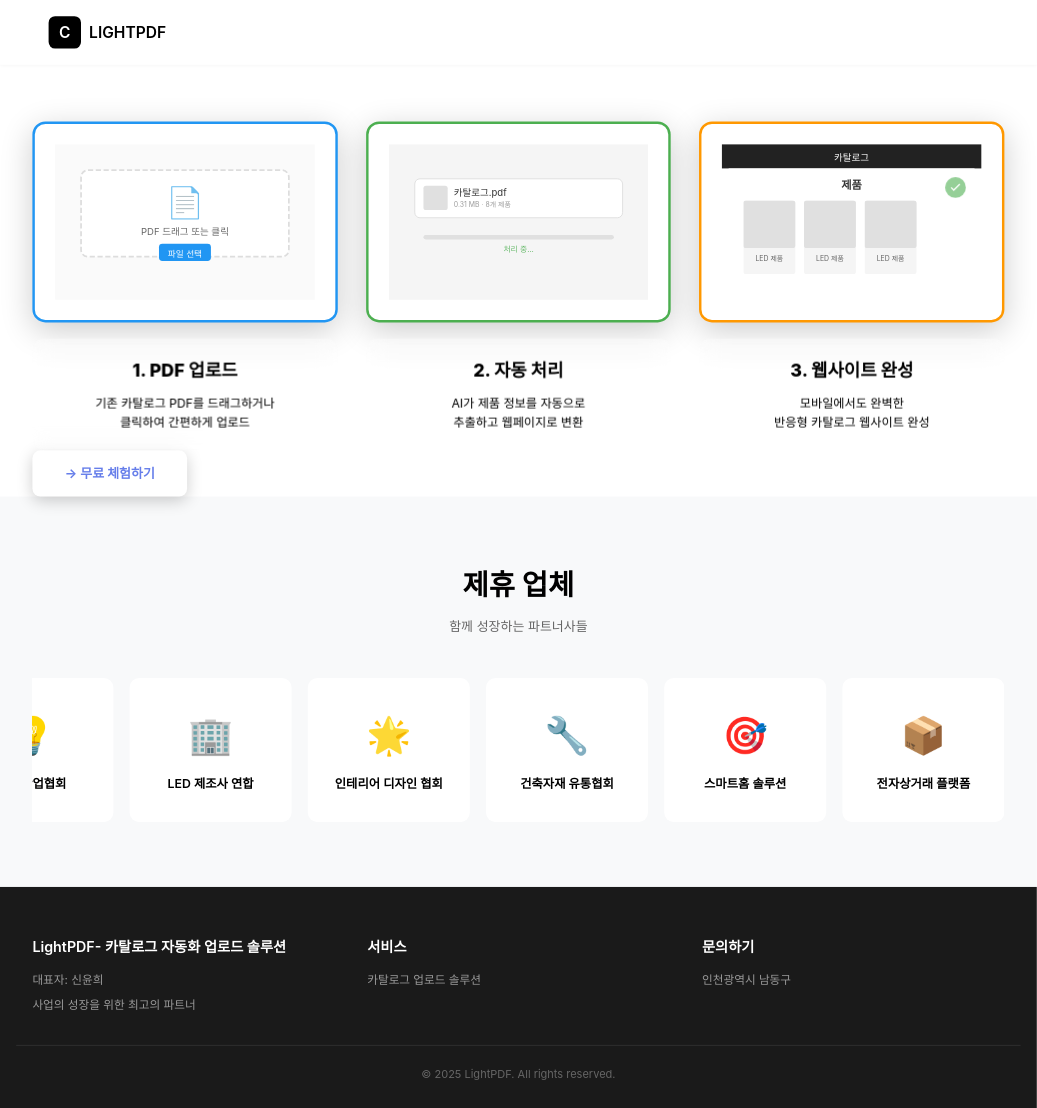
Repository: ororso11/catamaster
Page: index.html
The author's editor kept a copy of each file at every save. The page is drawn from the files as they stood at one save, then again after a run of saves.
The browser window is 1280 px wide. The pictures show the whole page, at 81% of full size.

Above is the page before, as saved 2025-10-05 00:53:56.

After the next 2 saves:
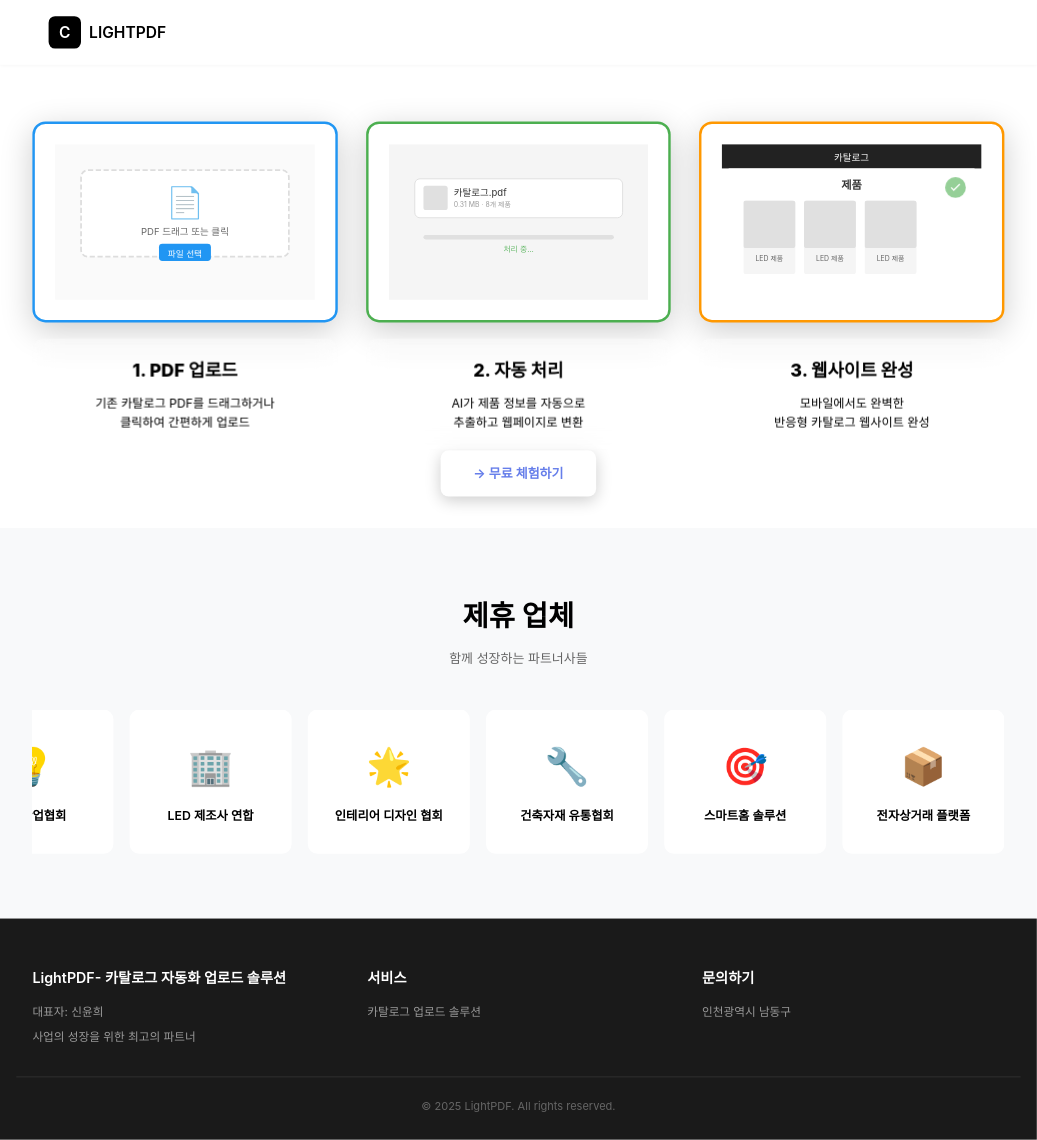
The 2 saves are shown as one change because they came seconds apart.
The last was saved 6 s later.
--- a/style.css
+++ b/style.css
@@ -55,7 +55,7 @@ header {
 .hero {
     /* background: linear-gradient(135deg, #667eea 0%, #764ba2 100%); */
     /* padding: 80px 20px 100px; */
-    0px 10px 39px
+    padding:0px 10px 39px;
     text-align: center;
 }
 
